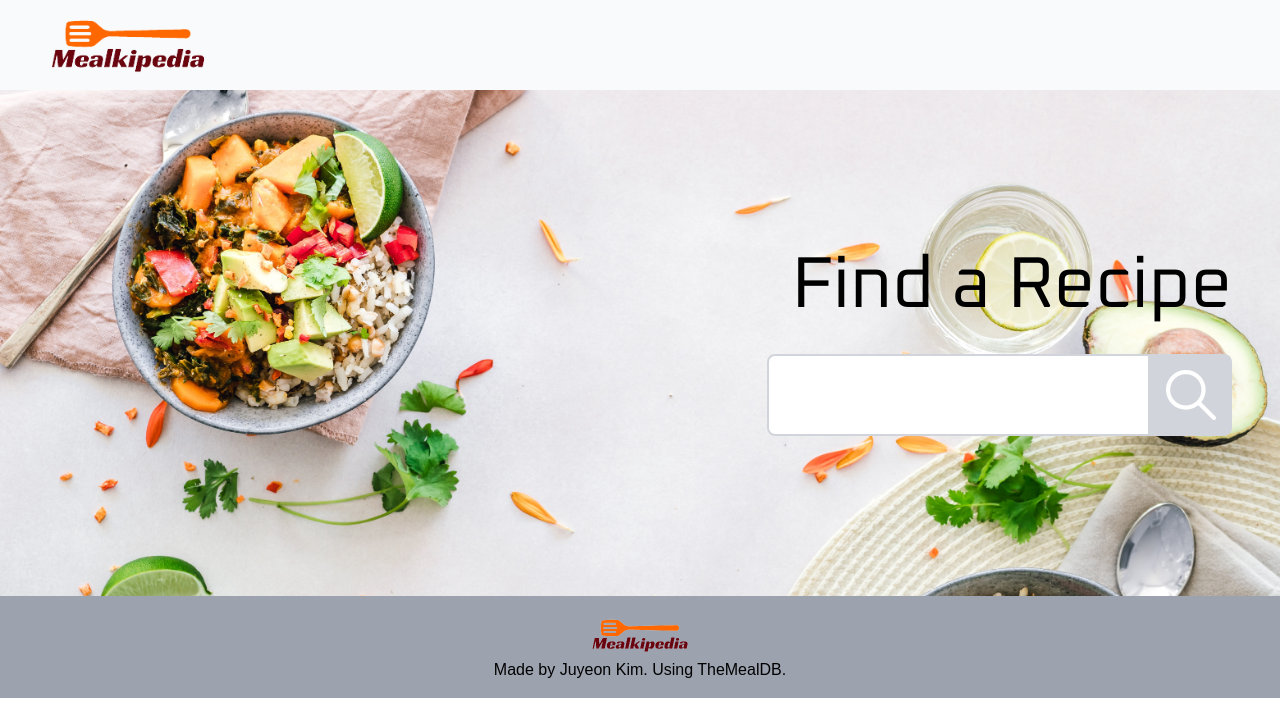
Repository: Jay-JYKim91/grj_mealkipedia
Page: /
An editor plug-in stored every save of this project. The page is shown before and after the next save, followed by the edit.
The browser window is 1280 px wide. The pictures show the whole page.
Some web fonts or font styles are not loaded; a fallback is used. The project was rebuilt for these pictures with package versions that can differ from the ones it lists, and the page was loaded fresh each time. Also part of the build but not shown: src/pages/recipe/recipe.tsx, src/pages/search/search.tsx.

Above is the page before, as saved 2022-06-21 15:45:28.

After the next save:
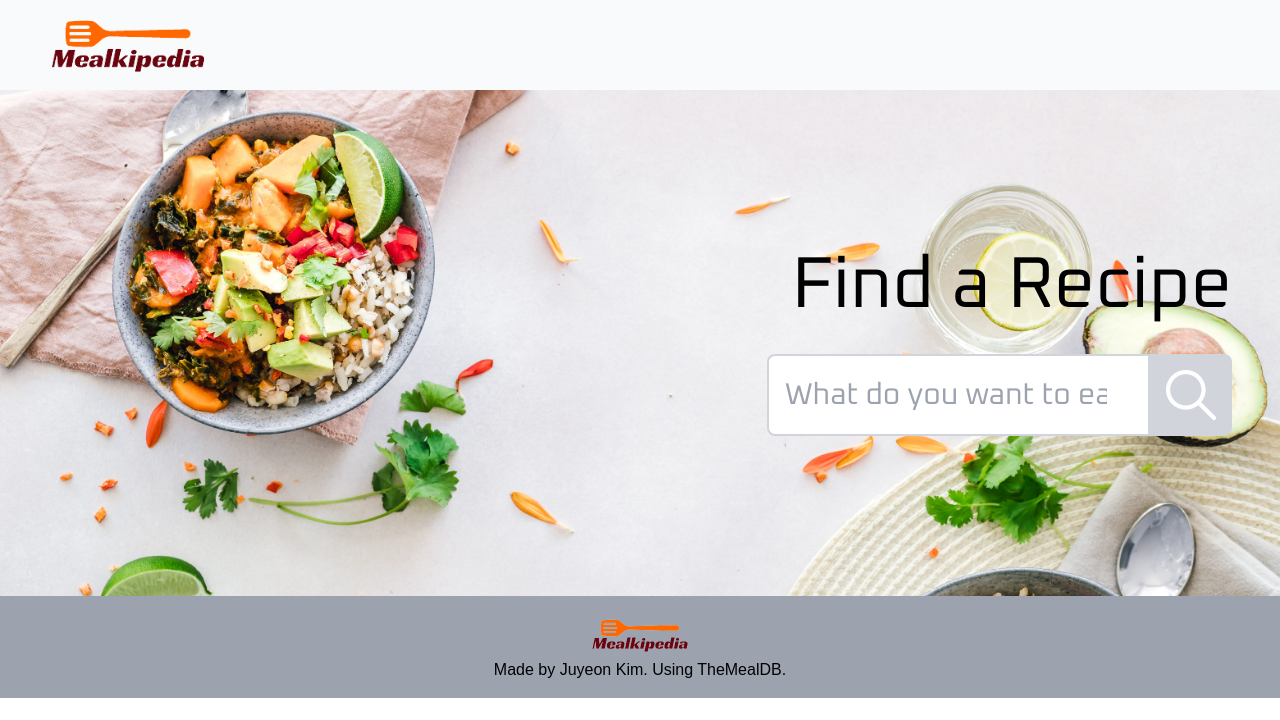
Saved 68 s later.
--- a/src/pages/home/home.tsx
+++ b/src/pages/home/home.tsx
@@ -6,7 +6,9 @@ const Home: React.FC = () => {
         <section className="px-12 py-40 bg-cover bg-[url('images/main_background.jpg')] text-right">
             <h1 className="font-body1_font text-7xl mb-8">Find a Recipe</h1>
             <div className="flex justify-end">
-                <input type="search" className="p-4 text-3xl font-body1_font rounded-l-lg border-2 border-gray-300" />
+                <input type="search"
+                    className="p-4 text-3xl font-body1_font rounded-l-lg border-2 border-gray-300"
+                    placeholder="What do you want to eat?" />
                 <button className="p-4 bg-gray-300 rounded-r-lg">
                     <img src="./search.png" alt="search" />
                 </button>
